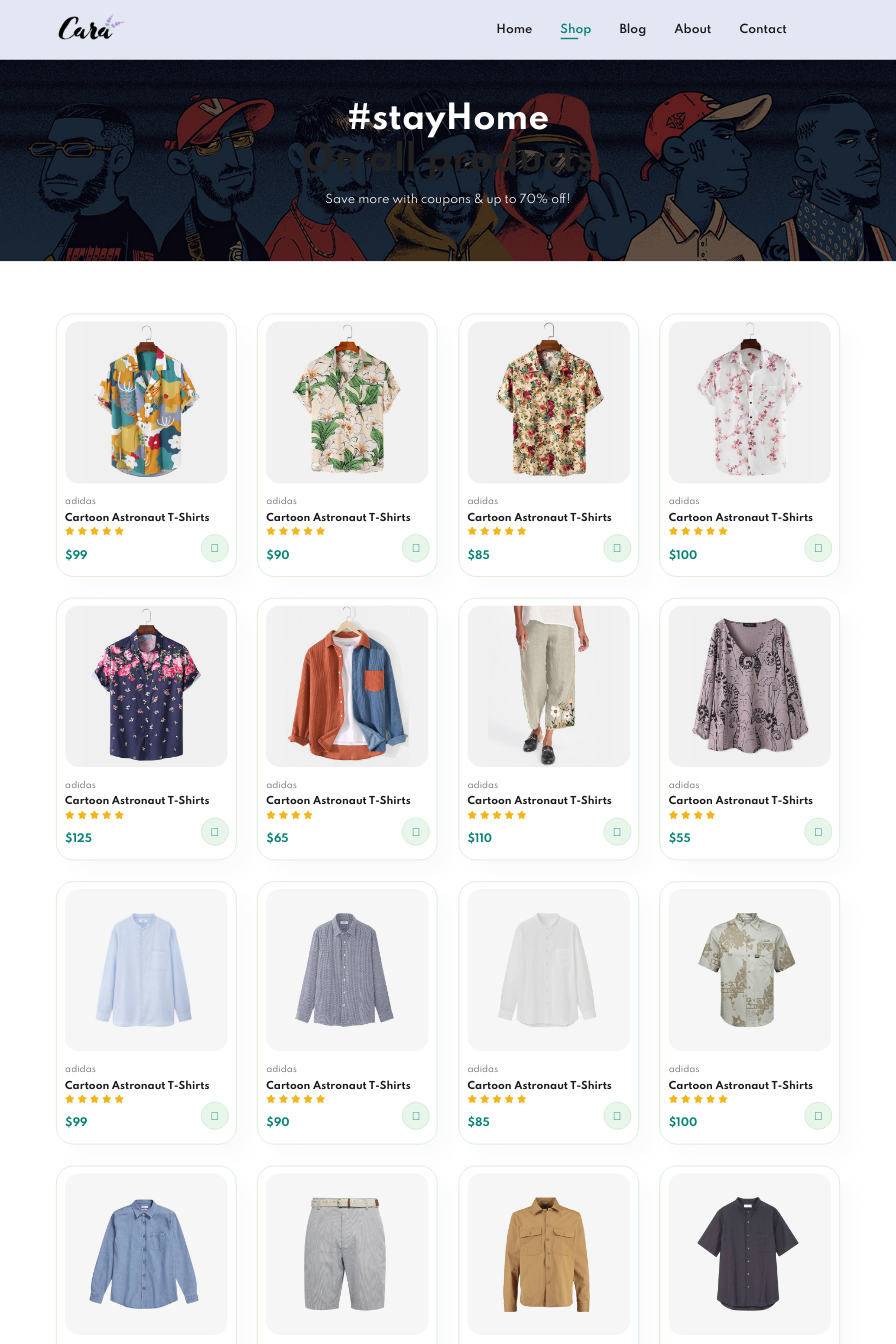
Repository: MinhNhatIT2901/Ecommerce
Page: shop.html
These files come from the project's save history. The page is drawn as it stood at one moment and after the next save; the edit follows.
The browser window is 1280 px wide. The pictures show the part of the page from y = 0 to 1920 px (the page is 2847 px tall), at 70% of full size.
Some icons come from a web library that is not loaded, so they are not drawn. Some web libraries are served in a nearby version.

Above is the page before, as saved 2022-01-10 13:44:11.

After the next save:
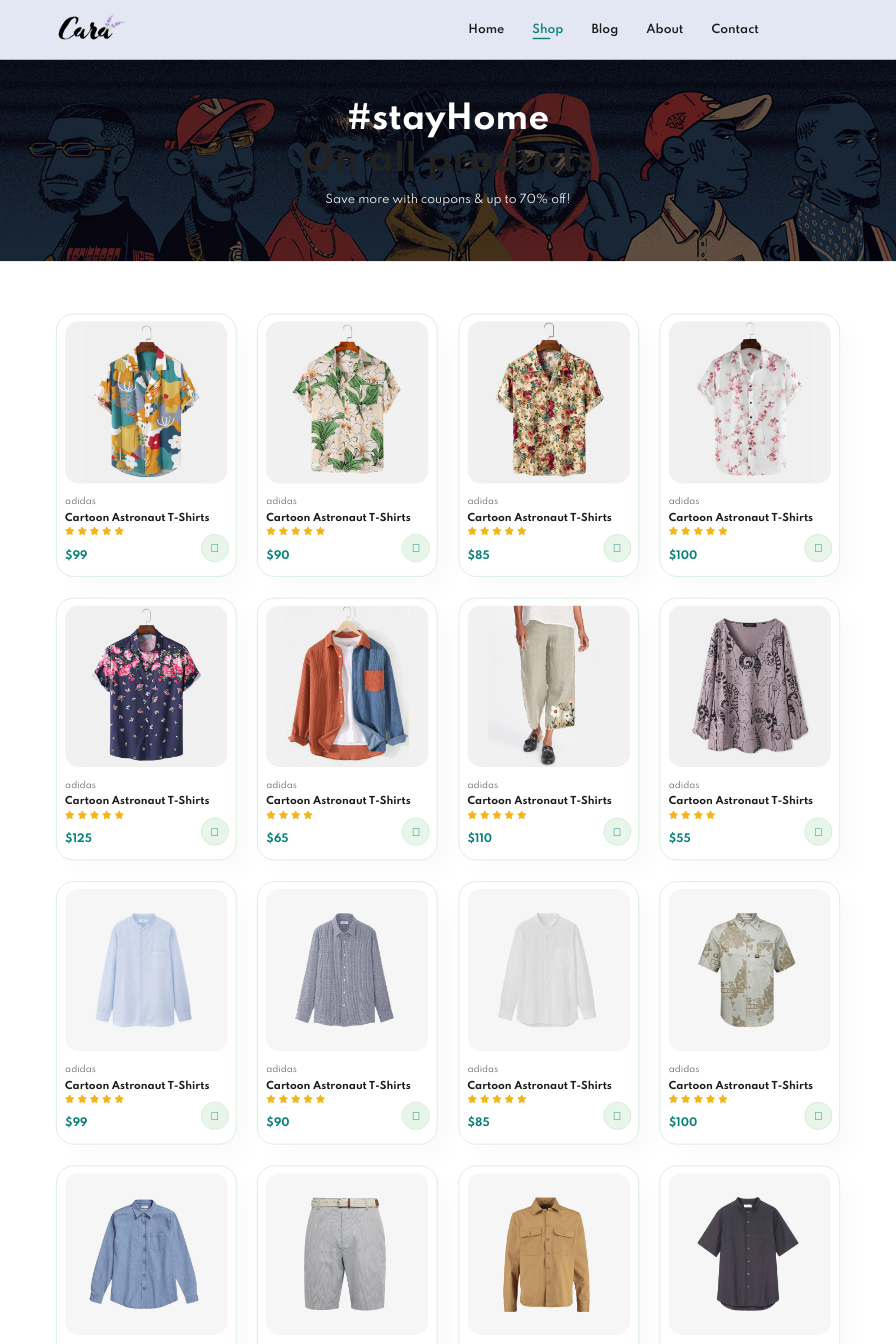
Saved 3 min 1 s later.
--- a/shop.html
+++ b/shop.html
@@ -22,6 +22,7 @@
                 <li><a href="about.html">About</a></li>
                 <li><a href="contact.html">Contact</a></li>
                 <li id="lg-bar"><a href="cart.html"><i class="far fa-shopping-bag"></i></a></li>
+                <li><a href="login.html"><i class="uil uil-user-circle"></i></a></li>
                 <a href="#" id="close">
                     <i class="far fa-times"></i>
                 </a>

After the save that followed:
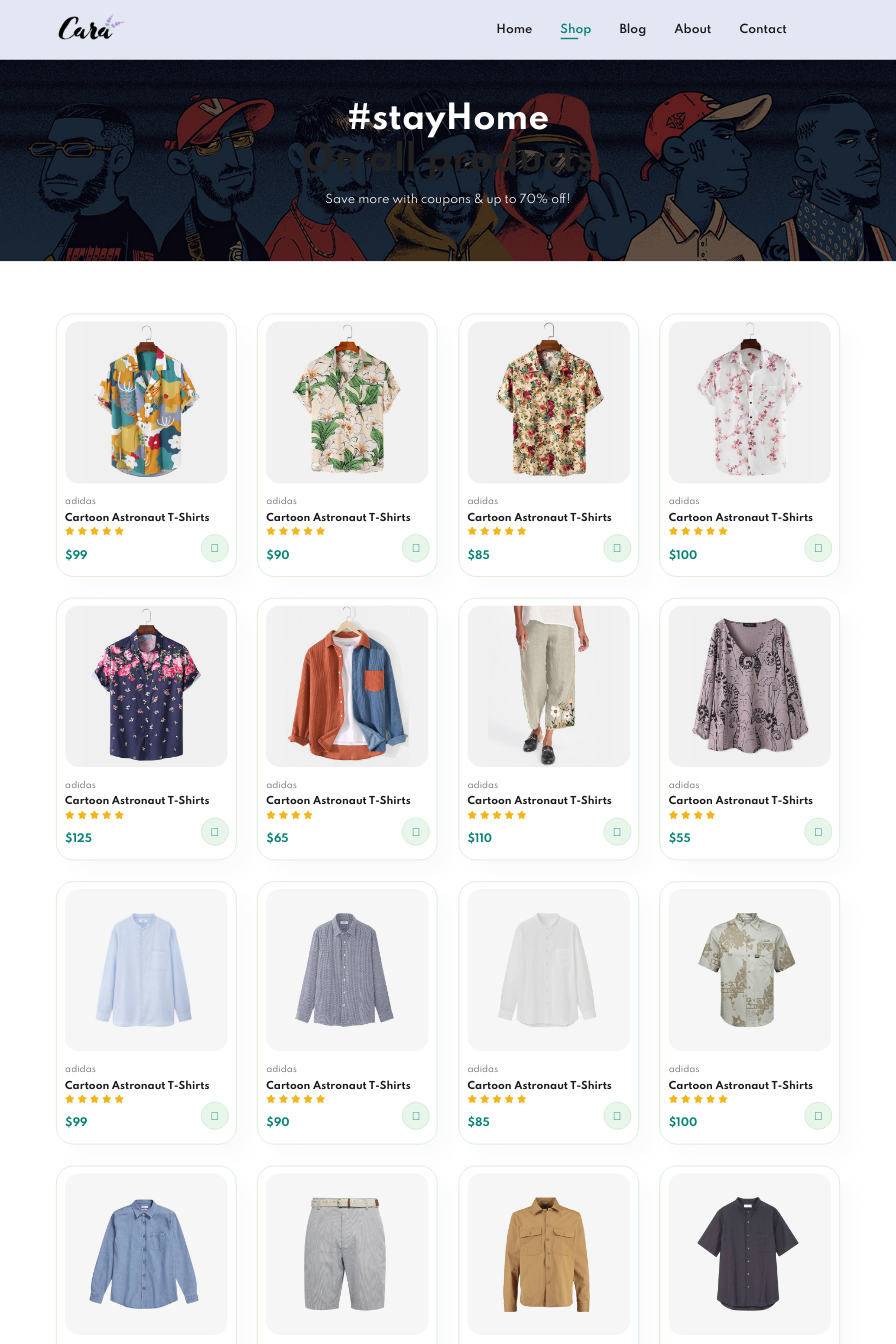
Saved 2 min 13 s later.
--- a/shop.html
+++ b/shop.html
@@ -22,7 +22,6 @@
                 <li><a href="about.html">About</a></li>
                 <li><a href="contact.html">Contact</a></li>
                 <li id="lg-bar"><a href="cart.html"><i class="far fa-shopping-bag"></i></a></li>
-                <li><a href="login.html"><i class="uil uil-user-circle"></i></a></li>
                 <a href="#" id="close">
                     <i class="far fa-times"></i>
                 </a>
